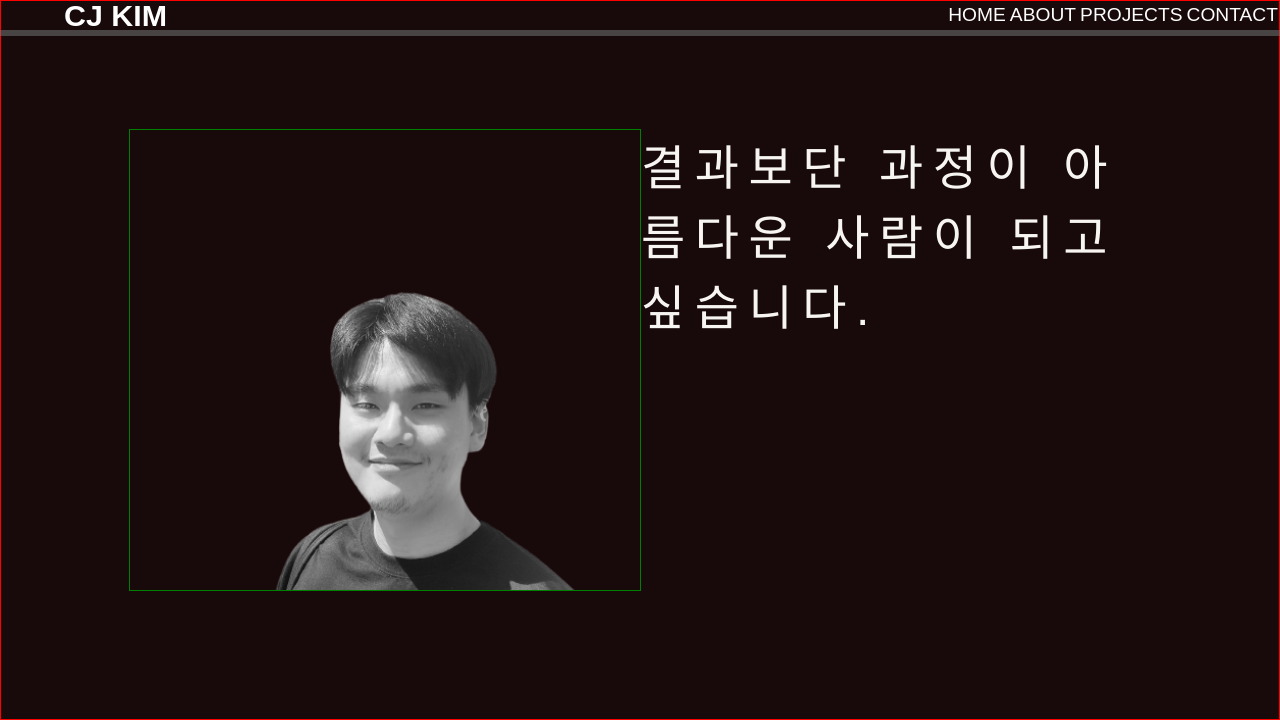
Repository: rlatlswo135/port
Page: /about
The author's editor kept a copy of each file at every save. The page is drawn from the files as they stood at one save, then again after the next save.
The browser window is 1280 px wide. The pictures show the whole page.
The project was rebuilt for these pictures with package versions that can differ from the ones it lists, and the page was loaded fresh each time. Also part of the build but not shown: src/App.css, src/Pages/Start.jsx, src/Pages/Home.jsx, src/Pages/Contact.jsx, src/Components/Project.jsx, src/Pages/Port.jsx, src/Components/ProjectDetail.jsx.

Above is the page before, as saved 2022-04-07 03:21:21.

### src/index.js
import React from 'react';
import ReactDOM from 'react-dom';
import {createRoot} from 'react-dom/client'
import './index.css';
import App from './App';
import reportWebVitals from './reportWebVitals';

const container = document.getElementById('root')
const root = createRoot(container)

root.render(
  <React.StrictMode>
    <App />
  </React.StrictMode>,
);

// If you want to start measuring performance in your app, pass a function
// to log results (for example: reportWebVitals(console.log))
// or send to an analytics endpoint. Learn more: https://bit.ly/CRA-vitals
reportWebVitals();

### src/App.js
import './App.css';
import {createGlobalStyle} from 'styled-components'
import {BrowserRouter,Route,Routes} from 'react-router-dom'
import Start from './Pages/Start'
import Home from './Pages/Home'
import Contact from './Pages/Contact'
import Port from './Pages/Port'
import About from './Pages/About'
import ProjectDetail from './Components/ProjectDetail'
import {data} from './data'
const GlobalStyle = createGlobalStyle`
@import url('https://fonts.googleapis.com/css2?family=Source+Sans+Pro&display=swap');
  body{
    background-color:#180A0A;
    margin:0px;
    color:#F7F5F2;
    font-family: 'Source Sans Pro', sans-serif;
    transform: translate(0.02deg);
  }
  a{
    text-decoration: none;
    color:white;
  }
  div{
    margin: 0px;
    box-sizing: border-box;
  }
`
function App() {

  return (
    <>
      <GlobalStyle />
      <BrowserRouter>
        <Routes>
          <Route path='/' element={<Start/>} />
          <Route path='/home' element={<Home/>} />
          <Route path='/port' element={<Port/>} />
          <Route path='/port/:project' element={<ProjectDetail />} />
          <Route path='/contact' element={<Contact />} />
          <Route path='/about' element={<About />} />
        </Routes>
      </BrowserRouter>
    </>
  );
}

export default App;

### src/Pages/About.jsx
import React from 'react';
import Nav from '../Components/Nav'
import styled from 'styled-components'
import profile from '../profile1.png'
import profile2 from '../profile.png'
import profile3 from '../profile3.png'
import profile4 from '../profile4.png'

const Container = styled.div`
    height:100vh;
    max-height:100vh;
`
const AboutBox = styled.div`
    height:100%;
    display:flex;
    border:1px solid red;
    padding:10%;
`
const Img = styled.div`
    border:1px solid green;
    background-image: url(${profile3});
    background-size: cover;
    flex:1;
`
const Text = styled.div`
    flex:1;
`
const TextContent = styled.div`
    font-size:3em;
    font-weight: 300;
    letter-spacing: 0.2em;
`
const About = () => {
    return (
        <Container>
            <Nav />
            <AboutBox>
                <Img></Img>
                <Text>
                    <TextContent>결과보단 과정이 아름다운 사람이 되고싶습니다.</TextContent>
                </Text>
            </AboutBox>
        </Container>
    );
};

export default About;

### src/data.js
import ohJeju from './slideImg/ohJeju.png'
import umMarket from './slideImg/umMarket.png'
import coinTracker from './slideImg/coinTracker.png'

export const data = {
    2022:[
        {
            title:'Um-Market',
            content:`Redux이용, '재고관리'가 목적인 간단한 쇼핑몰`,
            img:umMarket,
            month:2,
            git:'https://github.com/rlatlswo135/UmMarket',
            type:'Solo',
            url:"https://rlatlswo135.github.io/"
        },
        {
            title:'Coin-Trackker',
            content:`API이용 간단한 Coin 시세 Tracker`,
            img:coinTracker,
            month:4,
            git:'https://github.com/rlatlswo135/coin-track',
            type:'Solo',
            url:"https://rlatlswo135.github.io/coin-track/"
        }
    ],
    2021:[
        {
            title:'Oh!-Jeju!',
            content:`socketIO를 이용, 채팅기능을 넣은 제주도 여행 플래너`,
            img:ohJeju,
            month:10,
            git:'https://github.com/codestates/Ohjeju',
            type:'Team',
            url:"https://oh-jeju.link/",
            notion:'https://www.notion.so/Ohjeju-ec1b7746c5eb4a14a219a184fd2427be'
        }
    ]
}

### src/Components/Nav.jsx
import React from 'react';
import styled from 'styled-components'
import {Link} from 'react-router-dom'

const Container = styled.div`
    display:flex;
    justify-content: space-between;
    align-items: center;
    height:5%;
    border-bottom: 6px solid rgba(121,127,127,0.5);
    width:100%;
    position: fixed;
    z-index:100;
`
const NavLeft = styled.div`
    font-size:1.9em;
    padding-left:5%;
    font-weight: 900;
`
const NavRight = styled.div`
    flex:0.3;
    display:flex;
    justify-content: space-around;
    font-size:1.2em;
    font-weight: 500;
`
const NavContent = styled.div`

`

const Nav = () => {
    return (
        <Container>
            <NavLeft>
                <Link to="/">
                    CJ KIM
                </Link>
            </NavLeft>
            <NavRight>
                <Link to='/home'>
                    <NavContent>HOME</NavContent>
                </Link>
                <Link to="/about">
                    <NavContent>ABOUT</NavContent>
                </Link>
                <Link to="/port">
                    <NavContent>PROJECTS</NavContent>
                </Link>
                <Link to="/contact">
                    <NavContent>CONTACT</NavContent>
                </Link>
            </NavRight>
        </Container>
    );
};

export default Nav;

Loaded but not shown: public/index.html (common file); src/index.css (common file); src/reportWebVitals.js (common file)

After the next save:
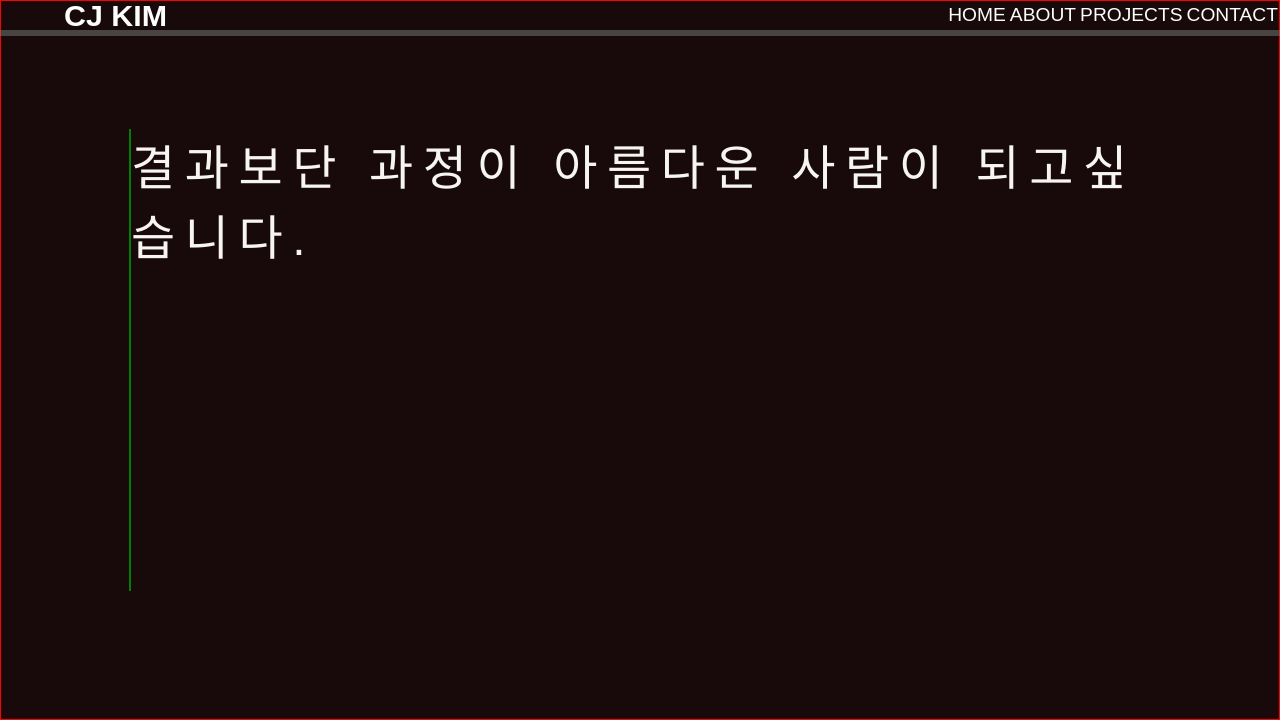
Saved 9 s later.
--- a/src/Pages/About.jsx
+++ b/src/Pages/About.jsx
@@ -20,10 +20,8 @@ const Img = styled.div`
     border:1px solid green;
     background-image: url(${profile3});
     background-size: cover;
-    flex:1;
 `
 const Text = styled.div`
-    flex:1;
 `
 const TextContent = styled.div`
     font-size:3em;
